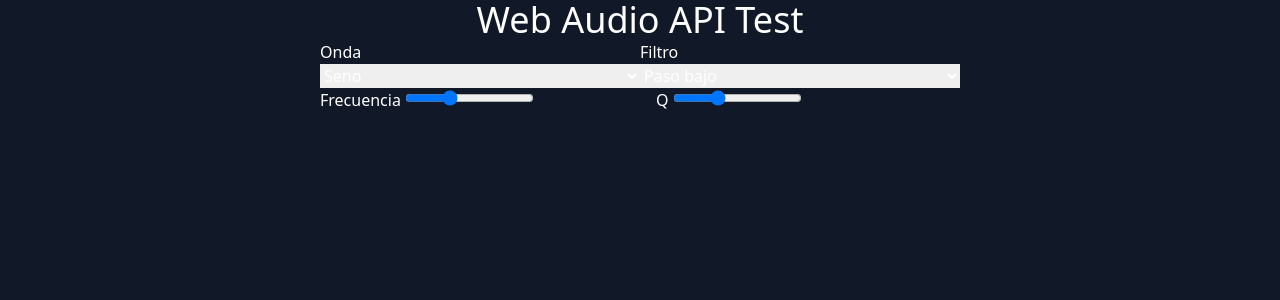
Repository: ibraidab/SONIDOS
Page: index4.html
These files come from the project's save history. The page is drawn as it stood at one moment and after a run of saves; the edit follows.
The browser window is 1280 px wide. The pictures show the whole page.

Above is the page before, as saved 2023-03-18 11:58:36.

### index4.html
<!DOCTYPE html>
<html lang="en">
<head>
  <meta charset="UTF-8">
  <meta name="viewport" content="width=device-width, initial-scale=1.0">
  <title>Web Audio API Test</title>
  <link href="https://cdn.jsdelivr.net/npm/tailwindcss@2.2.16/dist/tailwind.min.css" rel="stylesheet">
  <script>
    let audioContext;
    let activeVoices = new Map(); // Almacenar voces activas para polifonía

    async function init() {
      audioContext = new AudioContext();

      // Solicitar acceso al API Web MIDI
      if (navigator.requestMIDIAccess) {
        try {
          const midiAccess = await navigator.requestMIDIAccess();
          midiAccess.inputs.forEach(input => input.onmidimessage = onMidiMessage);
        } catch (err) {
          console.error('No se pudo acceder a tus dispositivos MIDI.', err);
        }
      } else {
        console.error('Tu navegador no soporta el API Web MIDI.');
      }
    }

    function onMidiMessage(event) {
      const [status, data1, data2] = event.data;
      const messageType = status & 0xf0;
      const channel = status & 0x0f;
      const note = data1;
      const velocity = data2;

      // Nota encendida
      if (messageType === 0x90 && velocity > 0) {
        startSound(note, velocity / 127);
      }
      // Nota apagada
      else if (messageType === 0x80 || (messageType === 0x90 && velocity === 0)) {
        stopSound(note);
      }
    }

    function startSound(note, velocity) {
      const frequency = midiNoteToFrequency(note);
      const waveType = document.getElementById("waveType").value;

      // Osciladores
      const osc1 = audioContext.createOscillator();
      osc1.frequency.value = frequency;
      osc1.type = waveType;
      osc1.start();

      const osc2 = audioContext.createOscillator();
      osc2.frequency.value = frequency * 2;
      osc2.type = waveType;
      osc2.start();

      // Ganancia
      const gainNode = audioContext.createGain();

      // Filtro
      const filterNode = audioContext.createBiquadFilter();
      filterNode.type = "lowpass";
      filterNode.frequency.value = 1000;
      filterNode.Q.value = 10;

      // Envolvente ADSR
      const attack = 0.1;
      const decay = 0.3;
      const sustain = 0.5;
      const release = 0.8;

      const now = audioContext.currentTime;
      gainNode.gain.setValueAtTime(0, now);
      gainNode.gain.linearRampToValueAtTime(velocity, now + attack);
      gainNode.gain.linearRampToValueAtTime(sustain * velocity, now + attack + decay);

      // Conexiones
      osc1.connect(gainNode);
      osc2.connect(gainNode);
      gainNode.connect(filterNode);
      filterNode.connect(audioContext.destination);

      // Almacenar voces activas
      activeVoices.set(note, { osc1, osc2, gainNode });
    }

    function stopSound(note) {
      const voice = activeVoices && activeVoices.get(note);
        if (voice) {
            const { osc1, osc2, gainNode } = voice;
            const now = audioContext.currentTime;
            gainNode.gain.cancelScheduledValues(now);
            gainNode.gain.setValueAtTime(gainNode.gain.value, now);
            gainNode.gain.linearRampToValueAtTime(0, now + 0.1);
            osc1.stop(now + 0.1);
            osc2.stop(now + 0.1);
            activeVoices.delete(note);
        }
    }

    function midiNoteToFrequency(note) {
      return 440 * Math.pow(2, (note - 69) / 12);
    }

    function changeWaveType() {
      const waveType = document.getElementById("waveType").value;
      activeVoices.forEach(voice => {
        voice.osc1.type = waveType;
        voice.osc2.type = waveType;
      });
    }

    function changeFilterFrequency() {
        const filterFrequencyRange = document.getElementById("filterFrequency");
        const newFrequencyValue = filterFrequencyRange.value;
        activeVoices.forEach(voice => {
          voice.filterNode.frequency.value = newFrequencyValue;
        });
      }

      function changeFilterQ() {
        const filterQ = document.getElementById("filterQ").value;
        activeVoices.forEach(voice => {
          voice.filterNode.Q.value = filterQ;
        });
        console.log(filterQ)
      }

    function changeFilterType() {
        const filterTypeSelect = document.getElementById("filterType");
        const selectedFilterType = filterTypeSelect.options[filterTypeSelect.selectedIndex].value;
        filterNode.type = selectedFilterType;
      }



    window.addEventListener('load', init);
    </script>

</head>


<body class="bg-gray-900 text-white">
  <div class="container mx-auto">
    <h1 class="text-4xl text-center">Web Audio API Test</h1>
    <div class="flex justify-center">
      <div class="w-1/2">
        <div class="flex justify-center">
          <div class="w-1/2">
            <label for="waveType">Onda</label>
            <select id="waveType" class="w-full" onchange="changeWaveType()">
              <option value="sine">Seno</option>
              <option value="square">Cuadrada</option>
              <option value="sawtooth">Diente de sierra</option>
              <option value="triangle">Triangular</option>
            </select>
          </div>
          <div class="w-1/2">
            <label for="filterType">Filtro</label>
            <select id="filterType" class="w-full" onchange="changeFilterType()">
              <option value="lowpass">Paso bajo</option>
              <option value="highpass">Paso alto</option>
              <option value="bandpass">Paso de banda</option>
              <option value="lowshelf">Bajo estante</option>
              <option value="highshelf">Alto estante</option>
              <option value="peaking">Pico</option>
              <option value="notch">Notch</option>
              <option value="allpass">Allpass</option>
            </select>
          </div>
        </div>
        <div class="flex justify-center gap-8">
          <div class="w-1/2">
            <label for="filterFrequency">Frecuencia</label>
            <input id="filterFrequency" type="range" min="20" max="3000" value="1000" step="1" oninput="changeFilterFrequency()">
          </div>
          <div class="w-1/2">
            <label for="filterQ">Q</label>
            <input id="filterQ" type="range" min="1" max="10" value="4" step="1" oninput="changeFilterQ()">
          </div>
        </div>
      </div>
    </div>
  </div>

</body>

</html>

After the next 2 saves:
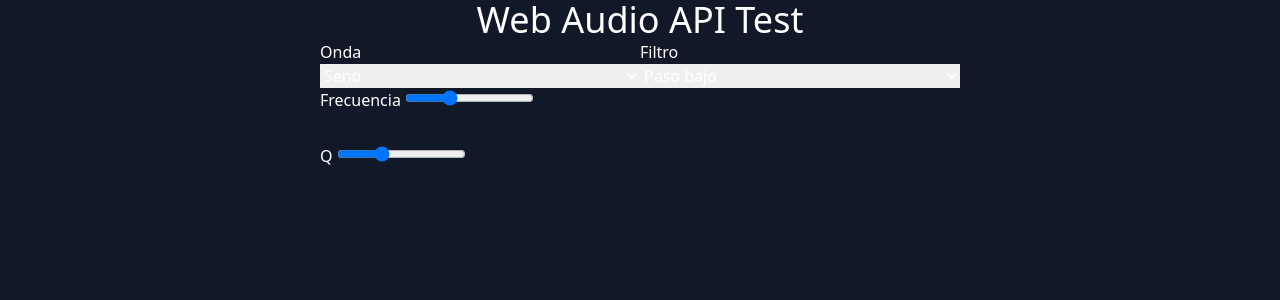
The 2 saves are shown as one change because they came seconds apart.
The last was saved 14 s later.
--- a/index4.html
+++ b/index4.html
@@ -172,7 +172,7 @@
             </select>
           </div>
         </div>
-        <div class="flex justify-center gap-8">
+        <div class="flex flex-col justify-center gap-8">
           <div class="w-1/2">
             <label for="filterFrequency">Frecuencia</label>
             <input id="filterFrequency" type="range" min="20" max="3000" value="1000" step="1" oninput="changeFilterFrequency()">
